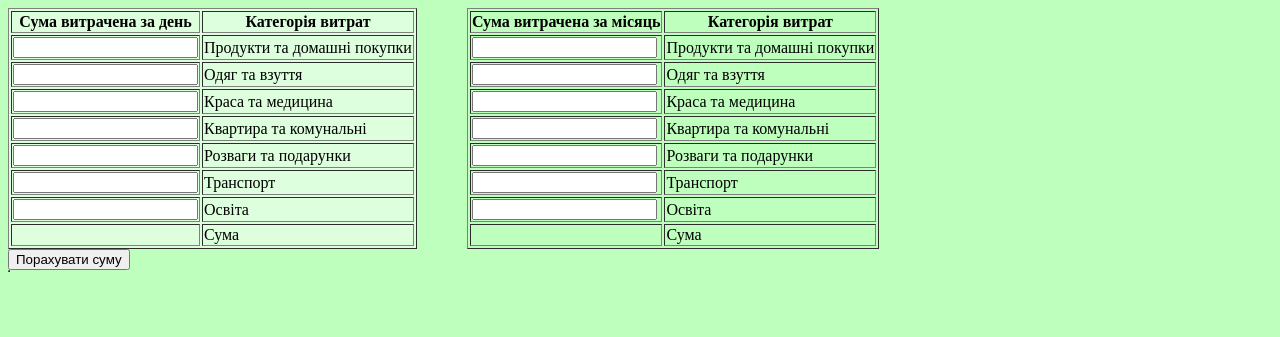
Repository: alexandrastarovoyda-star/Planer2
Page: index.html
The author's editor kept a copy of each file at every save. The page is drawn from the files as they stood at one save, then again after the next save.
The browser window is 1280 px wide. The pictures show the whole page.

Above is the page before, as saved 2026-03-28 20:55:30.
Console error: ReferenceError: th is not defined

### index.html
<!DOCTYPE html>
<html lang="uk">
    <head>
            <meta charset="UTF-8">
            <title>Планер бюджету</title>
            <link rel="stylesheet" href="css/all.css">
            <link rel="stylesheet" href="css/index.css">
    </head>
    <body>
        <div class="table_ghorisontal">
            <div>
            <table border="1" class="table_calculator" id="day_spend_table">
                <tr>
                    <th>Сума витрачена за день</th>
                    <th>Категорія витрат</th>
                </tr>
            </table>
            <button id="Calculate_sum">Порахувати суму</button>
            </div>
            <div>
            <table border="1" class="table_calculator" id="month_spend_table">
                <tr>
                    <th>Сума витрачена за місяць</th>
                    <th>Категорія витрат</th>
                </tr>
            </table>
            </div>
        </div>
        <table border="1" id="month_table"></table>
    <script src="js/index.js"></script>
    </body>
</html>

### css/all.css
body{
    background: rgba(172, 255, 172, 0.781);
}

### css/index.css
#day_spend_table{
    background: rgba(255, 255, 255, 0.466);
}

.table_ghorisontal{
    display: flex;
    gap: 50px;
}

### js/index.js
{
    var categories = ['Продукти та домашні покупки', 'Одяг та взуття', 'Краса та медицина', 'Квартира та комунальні', 'Розваги та подарунки', 'Транспорт', 'Освіта'];

    categories.forEach(Myfunction);
    LoadData();

    function Myfunction(value, id){
        const tr = document.createElement('tr');
        const td1 = document.createElement('td');
        const td2 = document.createElement('td');
        const input = document.createElement('input');
        input.type = 'number';
        input.id = `input_${id}_day_spend_table`;
        input.addEventListener('input', SaveData);
        td2.textContent = value;
        td1.appendChild(input);
        tr.appendChild(td1);
        tr.appendChild(td2);
        document.getElementById('day_spend_table').appendChild(tr);
    };

    const tr = document.createElement('tr');
    const td1 = document.createElement('td');
    const td2 = document.createElement('td');
    td1.id = `sum_day`;
    td2.textContent = 'Сума';
    tr.appendChild(td1);
    tr.appendChild(td2);
    document.getElementById('day_spend_table').appendChild(tr);

    function CalculeteSum(){
        let sum = 0;
        const inputs = document.querySelectorAll('#day_spend_table input');

        inputs.forEach(function(input){
            const value = Number(input.value);
            if(!isNaN(value)){
                sum += value;
            };
        });
        document.getElementById('sum1').textContent = sum;
    };

    document.getElementById('Calculate_sum').onclick = CalculeteSum;

    function SaveData(){
        const inputs = document.querySelectorAll('#day_spend_table input');
        inputs.forEach(function (input){
            localStorage.setItem(input.id, input.value);
        });
    };

    function LoadData (){
        const inputs = document.querySelectorAll('#day_spend_table input');
        inputs.forEach(function(input){
            const saved = localStorage.getItem(input.id);
            if(saved !== null)
                input.value = saved;
        });
    };
}

{
    categories.forEach(Myfunction);
    LoadData();

    function Myfunction(value, id){
        const tr = document.createElement('tr');
        const td1 = document.createElement('td');
        const td2 = document.createElement('td');
        const input = document.createElement('input');
        input.type = 'number';
        input.id = `input_${id}_month_spend_table`;
        input.addEventListener('input', SaveData);
        td2.textContent = value;
        td1.appendChild(input);
        tr.appendChild(td1);
        tr.appendChild(td2);
        document.getElementById('month_spend_table').appendChild(tr);
    };

    const tr = document.createElement('tr');
    const td1 = document.createElement('td');
    const td2 = document.createElement('td');
    td1.id = `sum_month`;
    td2.textContent = 'Сума';
    tr.appendChild(td1);
    tr.appendChild(td2);
    document.getElementById('month_spend_table').appendChild(tr);
}
{
    const header = document.createElement('tr');
    let thCat = document.createElement('th');
    th.textContent = 'Категорія';
    header.appendChild(thCat);
    for( let day = 1; day <= 31; day++){
        let th = document.createElement('th');
        th.textContent = day;
        header.appendChild(th);
    }
    let thSum = document.createElement('th');
    th.textContent = 'Сума';
    header.appendChild(thSum);
    document.getElementById('month_table').appendChild(header);
}

/*const tr = document.createElement('tr');
    const tdCat = document.createElement('td');
    tdCat.textContent =
    tr.appendChild(tdCat);
    for( let day = 1; day <= 31; day++){
        const td = document.createElement('td');
        const input = document.createElement('input');
        input.type = 'number';
        input.addEventListener('input', CalculeteMonthSum);
        td.appendChild(input);
        tr.appendChild(td);
    }
    const tdSum = document.createElement('td');
    tdSum.textContent = 'Сума';
    tr.appendChild(tdSum);
    document.getElementById('month_table').appendChild(tr);*/

After the next save:
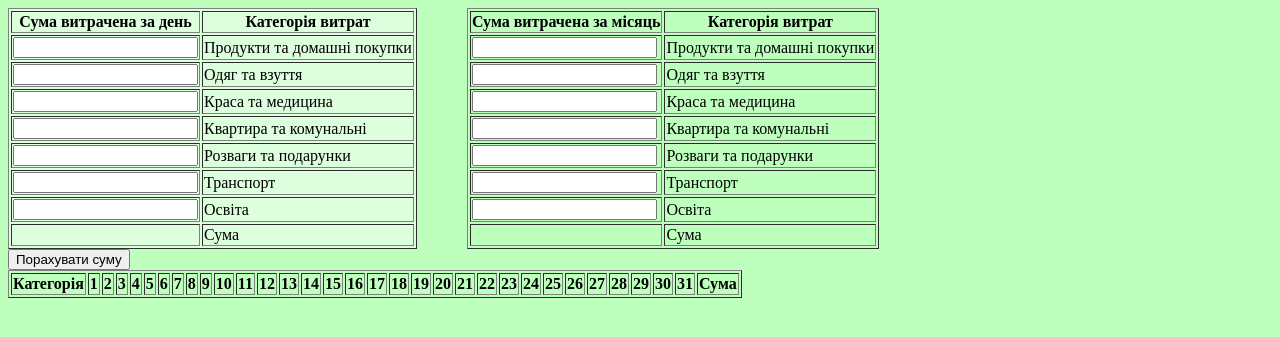
The error is gone.
Saved 47 s later.
--- a/js/index.js
+++ b/js/index.js
@@ -91,7 +91,7 @@
 {
     const header = document.createElement('tr');
     let thCat = document.createElement('th');
-    th.textContent = 'Категорія';
+    thCat.textContent = 'Категорія';
     header.appendChild(thCat);
     for( let day = 1; day <= 31; day++){
         let th = document.createElement('th');
@@ -99,7 +99,7 @@
         header.appendChild(th);
     }
     let thSum = document.createElement('th');
-    th.textContent = 'Сума';
+    thSum.textContent = 'Сума';
     header.appendChild(thSum);
     document.getElementById('month_table').appendChild(header);
 }
